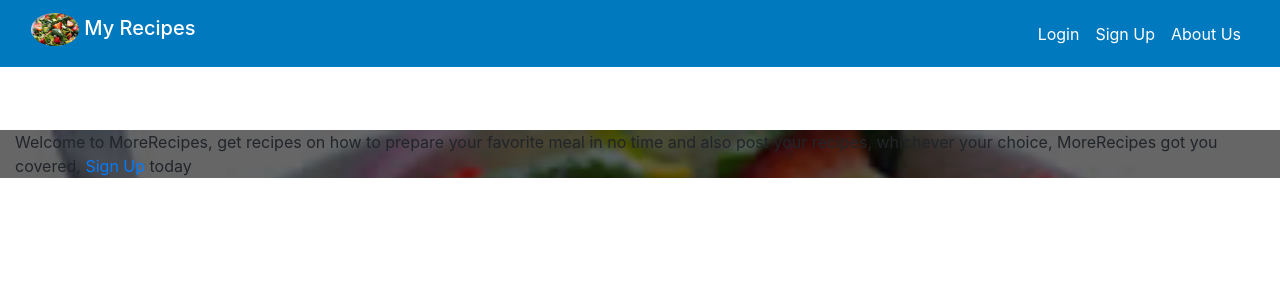
Repository: UggoPrince/more-recipes
Page: html/index.html
An editor plug-in stored every save of this project. The page is shown before and after the next save, followed by the edit.
The browser window is 1280 px wide. The pictures show the whole page.

Above is the page before, as saved 2018-07-30 06:43:01.

### html/index.html
<html lang="en">
<head>
  <meta charset="UTF-8">
  <meta name="viewport" content="width=device-width, initial-scale=1.0">
  <meta http-equiv="X-UA-Compatible" content="ie=edge">
  <link rel="stylesheet" href="https://maxcdn.bootstrapcdn.com/bootstrap/4.0.0/css/bootstrap.min.css" integrity="sha384-Gn5384xqQ1aoWXA+058RXPxPg6fy4IWvTNh0E263XmFcJlSAwiGgFAW/dAiS6JXm" crossorigin="anonymous"/>
  <style>
    main {
      background-color: rgba(0, 0, 3, 0.6);
    }
    div#content {
      background-size: 100vw;
      background-repeat: no-repeat;
      background-image: url(../img/nav-image.jpg);
      background-size: 100vw;
      background-repeat: no-repeat;
    }
    nav {
      background-color: #0079be;
      color: white;
    }
    .nav-link {
      color: white;
    }
  </style>
  <title>My Recipes Homepage</title>
</head>
<body>
  <nav class="xnav navbar navbar-expand-lg">
    <div class="container-fluid">
      <h3 style="color: white;" class="navbar-brand">
        <img class="rounded-circle" src="../img/nav-image.jpg" style="width: 48px;" alt="logo"/>
        My Recipes
      </h3>
      <button class="navbar-toggler" type="button" data-toggle="collapse" aria-controls="navDropdown" aria-expanded="false" aria-label="Toggle Navigation" data-target="#navDropdown" >
        <span class="navbar-toggler-icon"></span>
      </button>
      <div class="collapse navbar-collapse justify-content-end brand-anchor" id="navDropdown">
        <ul class="navbar-nav">
          <li class="nav-item">
            <a class="nav-link" href="login.html">Login</a>
          </li>
          <li class="nav-item">
            <a class="nav-link" href="signup.html">Sign Up</a>
          </li>
          <li class="nav-item">
            <a class="nav-link" href="about.html">About Us</a>
          </li>
        </ul>
      </div>
    </div>
  </nav>
  <div id="content">
  <main class="container-fluid">
    <div style="margin-top: 5%">
        Welcome to MoreRecipes, get recipes on how to prepare your favorite meal in no time and also post your recipes, whichever your choice, MoreRecipes got you covered, <a href="signup.html">Sign Up</a> today
    </div>

  </main>
  </div>
</body>
</html>

After the next save:
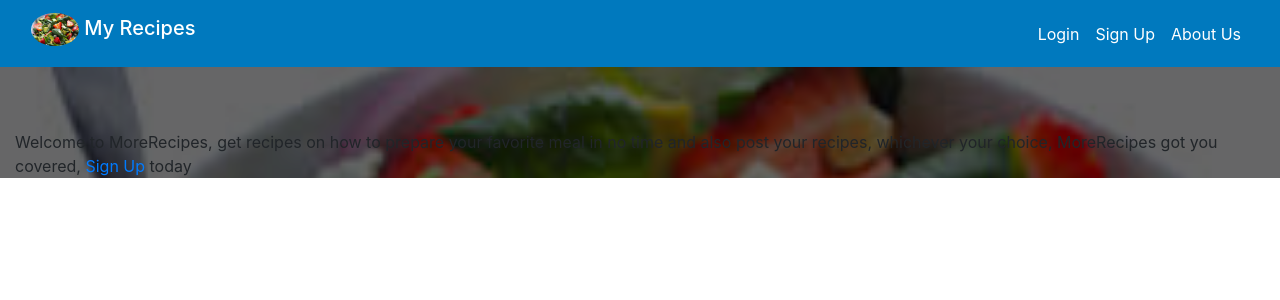
Saved 9 s later.
--- a/html/index.html
+++ b/html/index.html
@@ -52,7 +52,7 @@
   </nav>
   <div id="content">
   <main class="container-fluid">
-    <div style="margin-top: 5%">
+    <div style="padding-top: 5%">
         Welcome to MoreRecipes, get recipes on how to prepare your favorite meal in no time and also post your recipes, whichever your choice, MoreRecipes got you covered, <a href="signup.html">Sign Up</a> today
     </div>
 
